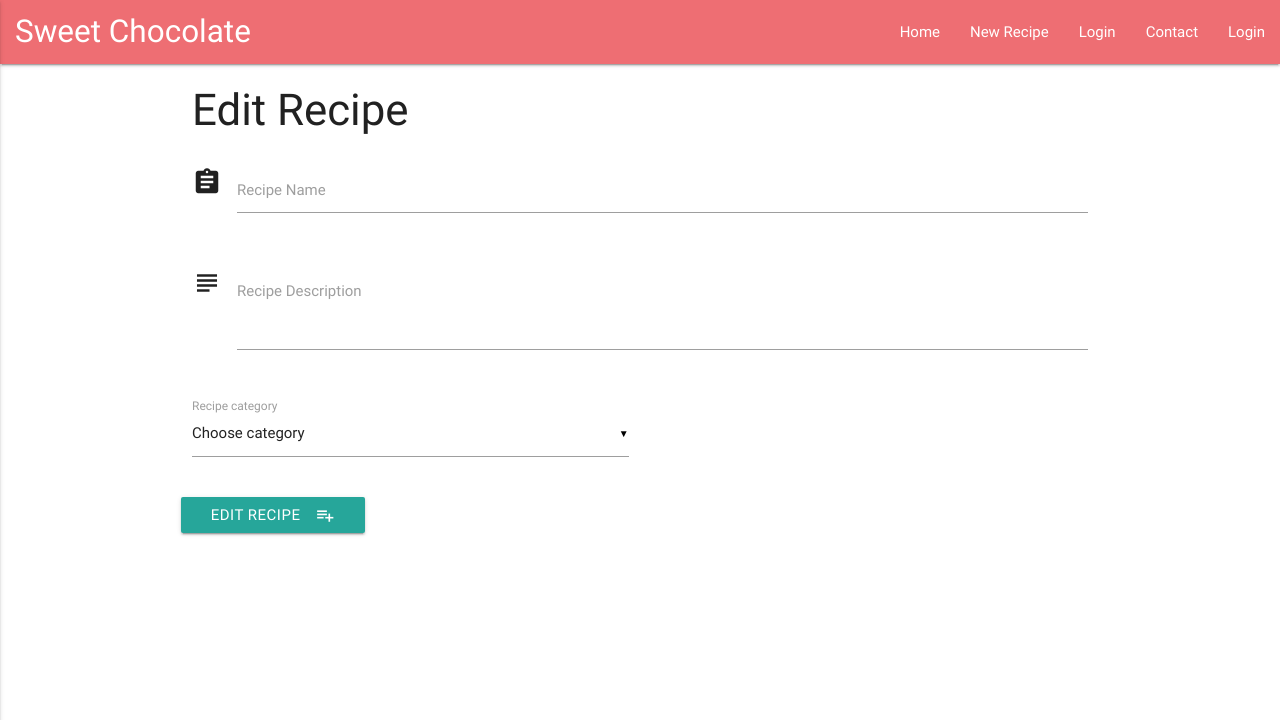
Repository: Dreeaml/Sweet-Chocolate
Page: templates/editrecipe.html
The author's editor kept a record of every edit. The page is drawn from the files as they stood at one moment, then again after the next edit.
The browser window is 1280 px wide. The pictures show the whole page.
Some web libraries are served in a nearby version. The template is drawn by Flask 3. The application's start-up code is not run. The template is opened directly, without the code that normally fills it, so the values that code supplies are empty.

Above is the page before.

After the next edit:
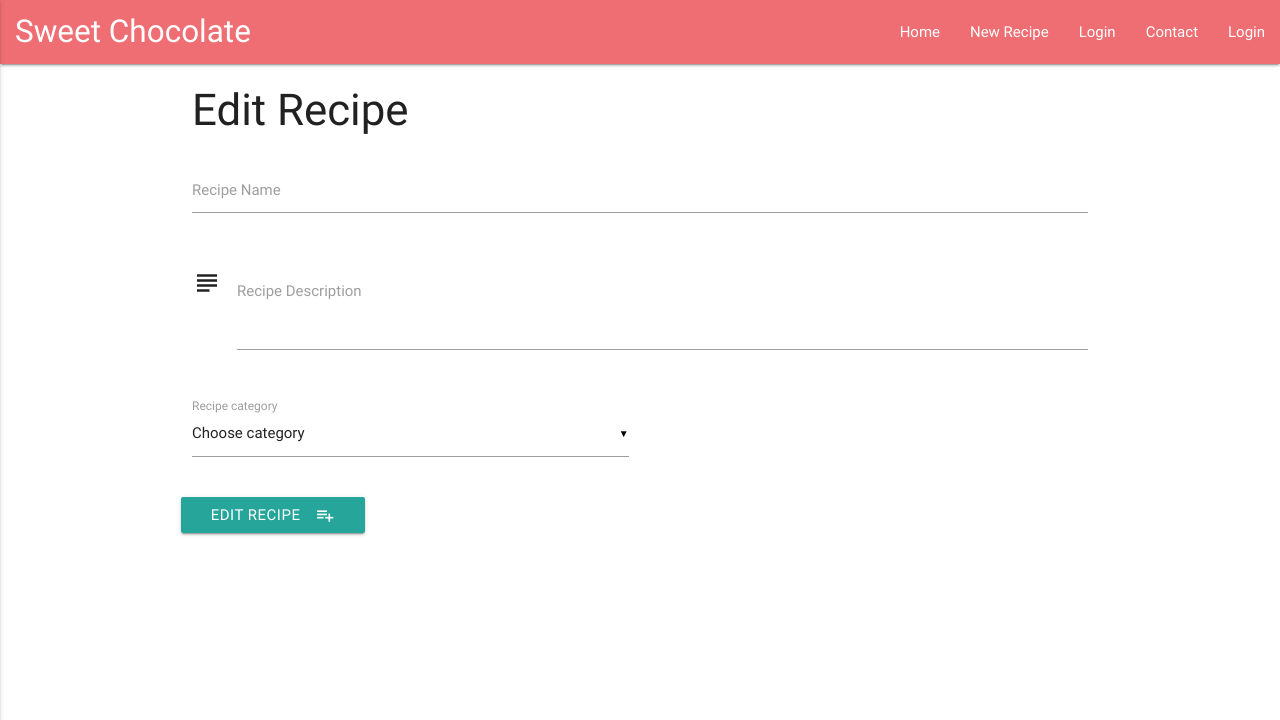
The edit:
--- a/templates/editrecipe.html
+++ b/templates/editrecipe.html
@@ -6,7 +6,6 @@
         <!--recipe name option-->
         <div class="row">
             <div class="input-field col s12">
-                <i class="material-icons prefix">assignment</i>
                 <input id="title" name="title" type="text" value="{{recipe.title}}">
                 <label for="icon_prefix">Recipe Name</label>
             </div>
